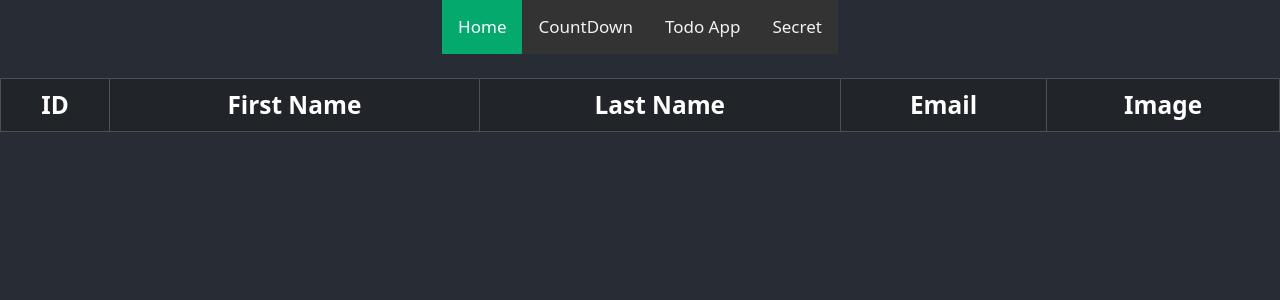
Repository: ThucSkin/React-hook-basic
Page: /
An editor plug-in stored every save of this project. The page is shown before and after the next save, followed by the edit.
The browser window is 1280 px wide. The pictures show the whole page.
The page's requests for data from a server got no answer. The project was rebuilt for these pictures with package versions that can differ from the ones it lists, and the page was loaded fresh each time. No one was signed in, and anything a server would have sent is missing. Also part of the build but not shown: src/views/Todo.js, src/views/TableApi/TableUser.scss, src/views/CountDown/countdown.js.

Above is the page before, as saved 2023-06-11 18:10:18.

### src/App.js

import './App.css';
import Nav from './views/Nav';
import Todo from './views/Todo';
import TableApi from './views/TableApi/TableApi';
import { CountDown } from './views/CountDown/countdown';
import { Routes, Route } from 'react-router-dom'


const App = () => {
  return (
    <div className="App">
      <header className="App-header">
        <Nav />
        <Routes>
          <Route path='/' element={<TableApi />}></Route>
          <Route path='/countdown' element={<CountDown />}></Route>
          <Route path='/todo' element={<Todo />}></Route>
        </Routes>
      </header>
    </div>
  );
}

export default App;

### src/App.css
.App {
  text-align: center;
}

.App-logo {
  height: 10vmin;
  pointer-events: none;
}

@media (prefers-reduced-motion: no-preference) {
  .App-logo {
    animation: App-logo-spin infinite 20s linear;
  }
}

.App-header {
  background-color: #282c34;
  min-height: 100vh;
  display: flex;
  flex-direction: column;
  align-items: center;
  /* justify-content: center; */
  font-size: calc(10px + 2vmin);
  color: white;
}

.App-link {
  color: #61dafb;
}

@keyframes App-logo-spin {
  from {
    transform: rotate(0deg);
  }
  to {
    transform: rotate(360deg);
  }
}

### src/views/Nav.js
import { NavLink } from 'react-router-dom';
import './Nav.scss'

const Nav = () => {
    return (
        <>
            <div className="topnav">
                <NavLink to="/" activeclassName="active">Home</NavLink>
                <NavLink to="/countdown">CountDown</NavLink>
                <NavLink to="/todo">Todo App</NavLink>
                <NavLink to="/secrect">Secret</NavLink>
            </div>
        </>
    )
}

export default Nav;

### src/views/TableApi/TableApi.js
import Table from 'react-bootstrap/Table';
import 'bootstrap/dist/css/bootstrap.min.css';
import './TableUser.scss'
import useFetch from '../../customize/Fetch';

function TableApi() {
    const { dataUsers, loading } = useFetch('https://reqres.in/api/users?page=1')

    return (
        <Table striped bordered hover variant="dark" className='mt-4'>
            <thead>
                <tr>
                    <th>ID</th>
                    <th>First Name</th>
                    <th>Last Name</th>
                    <th>Email</th>
                    <th>Image</th>
                </tr>
            </thead>
            <tbody>

                {loading === false && dataUsers && dataUsers.length > 0 &&
                    dataUsers.map(item => {
                        return (
                            <tr key={item.id}>
                                <td>{item.id}</td>
                                <td>{item.first_name}</td>
                                <td>{item.last_name}</td>
                                <td>{item.email}</td>
                                <td>
                                    <img className='img-users' alt="" src={item.avatar}></img>
                                </td>
                            </tr>
                        )
                    })
                }
                {loading === true &&
                    <tr>
                        <td colSpan={5}>Loading...</td>
                    </tr>}
            </tbody>
        </Table>
    );
}

export default TableApi;

### src/views/Nav.scss
body {
    margin: 0;
    font-family: Arial, Helvetica, sans-serif;

    .topnav {
        overflow: hidden;
        background-color: #333;

        a {
            float: left;
            color: #f2f2f2;
            text-align: center;
            padding: 14px 16px;
            text-decoration: none;
            font-size: 17px;
        }

        a:hover {
            background-color: #ddd;
            color: black;
        }

        a.active {
            background-color: #04AA6D;
            color: white;
        }
    }
}

### src/customize/Fetch.js
import { useEffect, useState } from "react"
import axios from "axios"

const useFetch = (url) => {
    const [dataUsers, setDataUsers] = useState([])
    const [loading, setLoading] = useState(true)

    useEffect(() => {
        const ourRequest = axios.CancelToken.source();

        var fetchData = async () => {
            try {
                let res = await axios.get(url, {
                    cancelToken: ourRequest.token,
                });
                let data = res.data.data && res.data ? res.data.data : [];
                setDataUsers(data);
                setLoading(false);
            } catch (err) {
                if (axios.isCancel(err)) {
                    console.log('request cancelled', err.message);
                } else {
                    setLoading(false);
                }
            }
        }
        setTimeout(() => {
            fetchData();
        }, 1000)
        return () => {
            ourRequest.cancel();
        }
    }, [url]);

    return {
        dataUsers, loading
    }
}

export default useFetch;

Loaded but not shown: public/index.html (common file); src/index.js (common file); src/index.css (common file); src/reportWebVitals.js (common file)

After the next save:
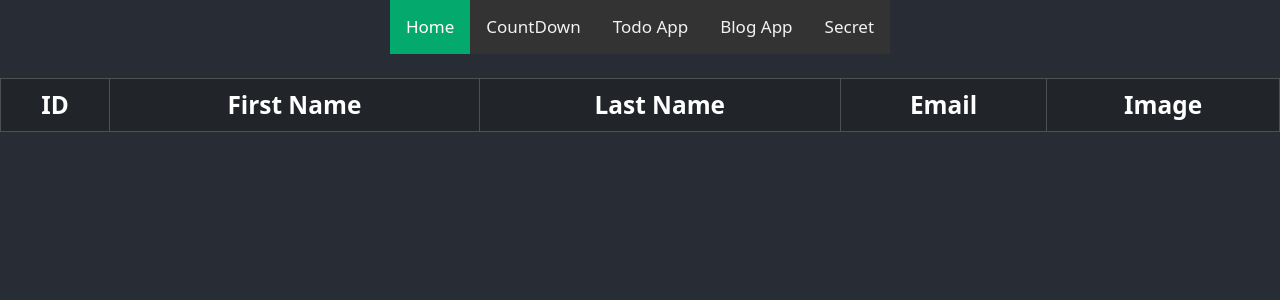
Saved 111 s later.
--- a/src/views/Nav.js
+++ b/src/views/Nav.js
@@ -8,6 +8,7 @@ const Nav = () => {
                 <NavLink to="/" activeclassName="active">Home</NavLink>
                 <NavLink to="/countdown">CountDown</NavLink>
                 <NavLink to="/todo">Todo App</NavLink>
+                <NavLink to="/blog">Blog App</NavLink>
                 <NavLink to="/secrect">Secret</NavLink>
             </div>
         </>
